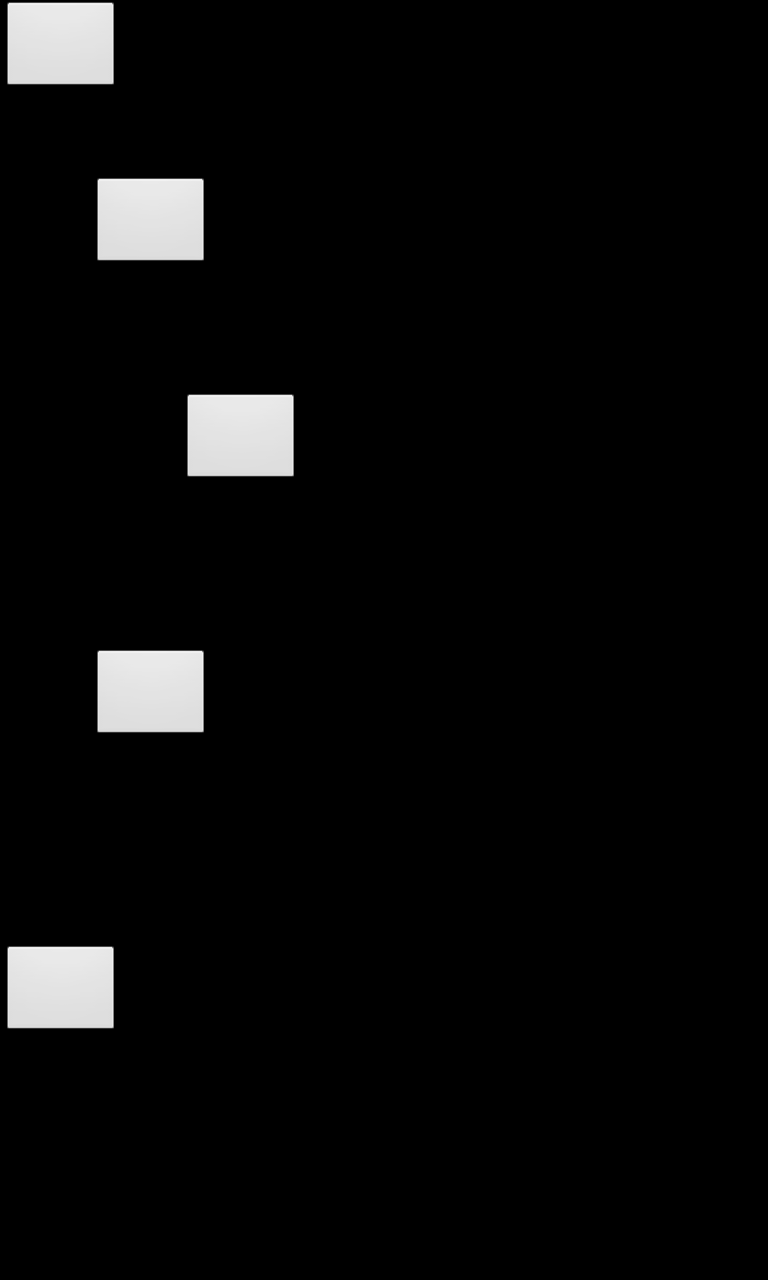
Repository: androportal/APL-apk
Layout: test/imagebuttons/res/layout/main.xml
These files come from the project's save history. The layout is drawn as it stood at one moment and after the next save; the edit follows.
It is drawn on a 768 x 1280 px phone screen (xhdpi) without system bars, with theme android:Theme; the app's code is not run.

Above is the layout before, as saved 2012-05-21 18:08:35.

### test/imagebuttons/res/layout/main.xml
<?xml version="1.0" encoding="utf-8"?>
<LinearLayout xmlns:android="http://schemas.android.com/apk/res/android"
    android:layout_width="fill_parent"
    android:layout_height="fill_parent"
    android:orientation="vertical" >

    <ImageButton
        android:id="@+id/ImageButton07"
        android:layout_width="61dp"
        android:layout_height="wrap_content"
        android:layout_margin="0dp"
         android:layout_marginTop="20dp"
        android:src="@drawable/i" />

    <ImageButton
        android:id="@+id/ImageButton06"
        android:layout_width="61dp"
        android:layout_height="wrap_content"
        android:src="@drawable/i"
        android:tint="#067837"
        android:layout_marginLeft="45dp"
        android:layout_marginTop="40dp"
        />

    <ImageButton
        android:id="@+id/ImageButton05"
        android:layout_width="61dp"
        android:layout_height="wrap_content"
        android:src="@drawable/i"
         android:layout_marginLeft="90dp"
          android:layout_marginTop="60dp"/>

    <ImageButton
        android:id="@+id/ImageButton03"
        android:layout_width="61dp"
        android:layout_height="wrap_content"
        android:src="@drawable/i"
      android:layout_marginLeft="45dp"
       android:layout_marginTop="80dp"/>

    <ImageButton
        android:id="@+id/ImageButton04"
        android:layout_width="61dp"
        android:layout_height="wrap_content"
        android:src="@drawable/i"
         android:layout_marginLeft="0dp"
          android:layout_marginTop="100dp"/>

</LinearLayout>

### test/imagebuttons/res/drawable/i.xml
<?xml version="1.0" encoding="utf-8"?>
<selector xmlns:android="http://schemas.android.com/apk/res/android" >
    <item
        android:state_pressed="true"
        android:drawable="@drawable/button_pressed"
      >
     <item android:state_focused="true"

           android:drawable="@drawable/button_focussed" /> <!-- focused -->
     <item android:drawable="@drawable/button_normal"/> </item>
     </selector>

After the next save:
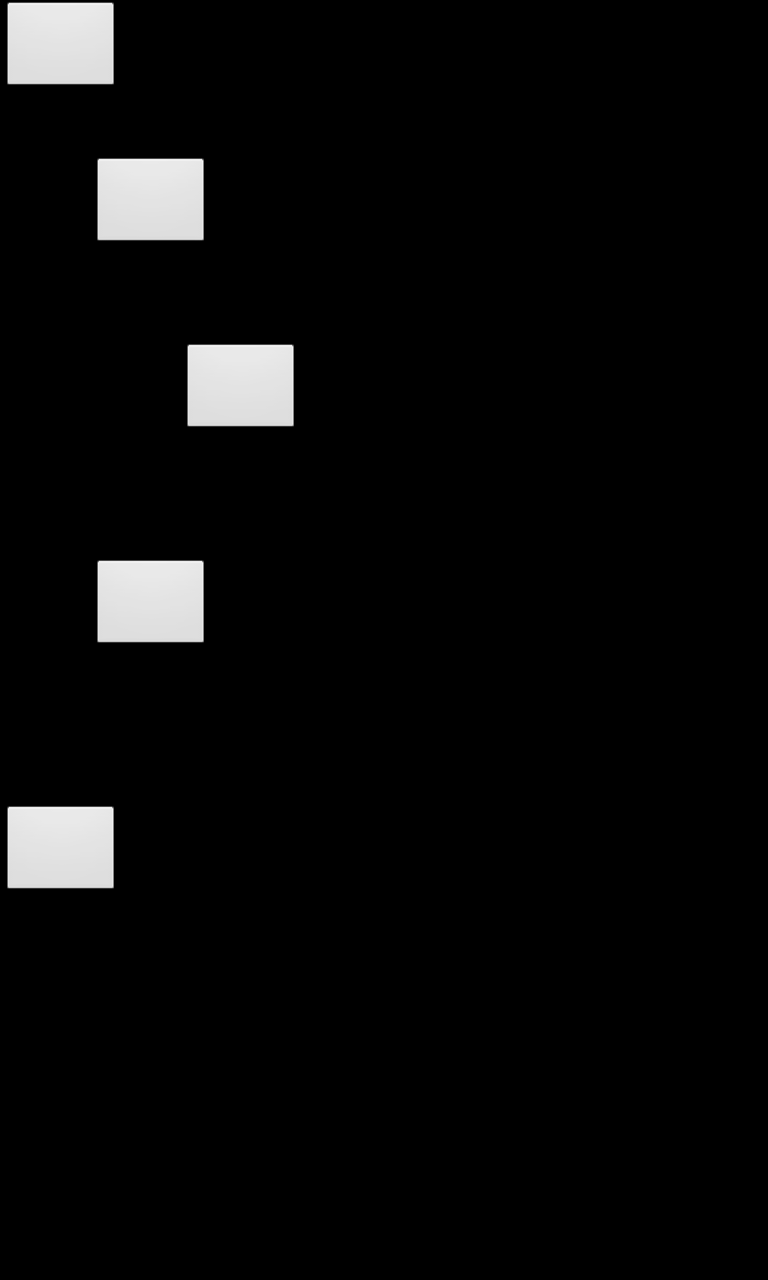
Saved 49 s later.
--- a/test/imagebuttons/res/layout/main.xml
+++ b/test/imagebuttons/res/layout/main.xml
@@ -9,7 +9,7 @@
         android:layout_width="61dp"
         android:layout_height="wrap_content"
         android:layout_margin="0dp"
-         android:layout_marginTop="20dp"
+         android:layout_marginTop="15dp"
         android:src="@drawable/i" />
 
     <ImageButton
@@ -19,7 +19,7 @@
         android:src="@drawable/i"
         android:tint="#067837"
         android:layout_marginLeft="45dp"
-        android:layout_marginTop="40dp"
+        android:layout_marginTop="30dp"
         />
 
     <ImageButton
@@ -28,7 +28,7 @@
         android:layout_height="wrap_content"
         android:src="@drawable/i"
          android:layout_marginLeft="90dp"
-          android:layout_marginTop="60dp"/>
+          android:layout_marginTop="45dp"/>
 
     <ImageButton
         android:id="@+id/ImageButton03"
@@ -36,7 +36,7 @@
         android:layout_height="wrap_content"
         android:src="@drawable/i"
       android:layout_marginLeft="45dp"
-       android:layout_marginTop="80dp"/>
+       android:layout_marginTop="60dp"/>
 
     <ImageButton
         android:id="@+id/ImageButton04"
@@ -44,6 +44,6 @@
         android:layout_height="wrap_content"
         android:src="@drawable/i"
          android:layout_marginLeft="0dp"
-          android:layout_marginTop="100dp"/>
+          android:layout_marginTop="75dp"/>
 
 </LinearLayout>
